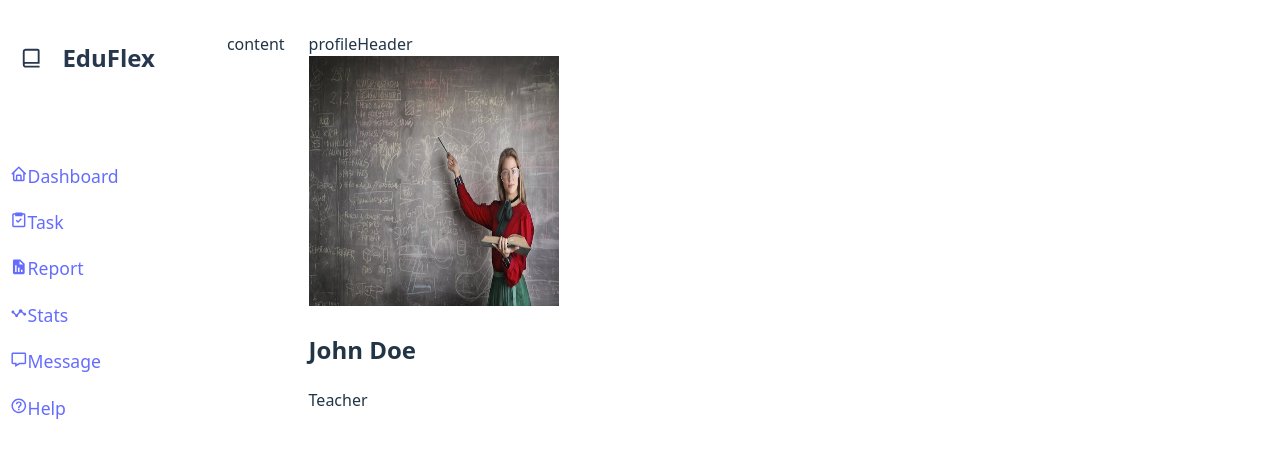
Repository: gogg23/react-dash
Page: /
An editor plug-in stored every save of this project. The page is shown before and after the next save, followed by the edit.
The browser window is 1280 px wide. The pictures show the whole page.
The project was rebuilt for these pictures with package versions that can differ from the ones it lists, and the page was loaded fresh each time. Also part of the build but not shown: vite.config.js.

Above is the page before, as saved 2025-04-03 20:36:11.

After the next save:
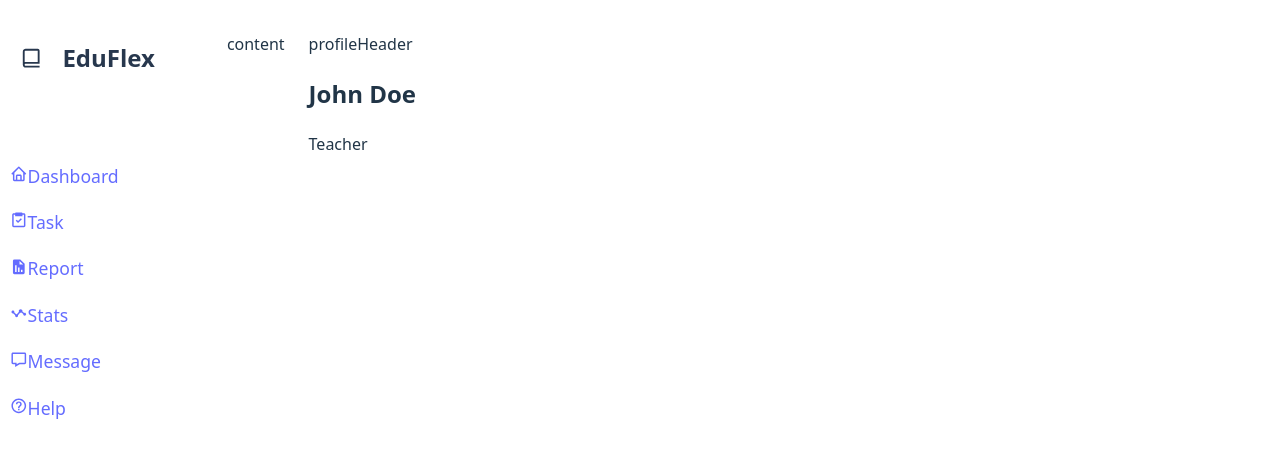
Saved 2 min 11 s later.
--- a/src/components/Profile.jsx
+++ b/src/components/Profile.jsx
@@ -11,7 +11,6 @@ const Profile = () => {
 
       <div className='user--profile'>
         <div className='user--detail'>
-          <img src={Image1} alt='Profile' width='250' height='250' />
           <h2 className='user--name'>John Doe</h2>
           <span className='profession'>Teacher</span>
           <div className='user-courses'></div>
